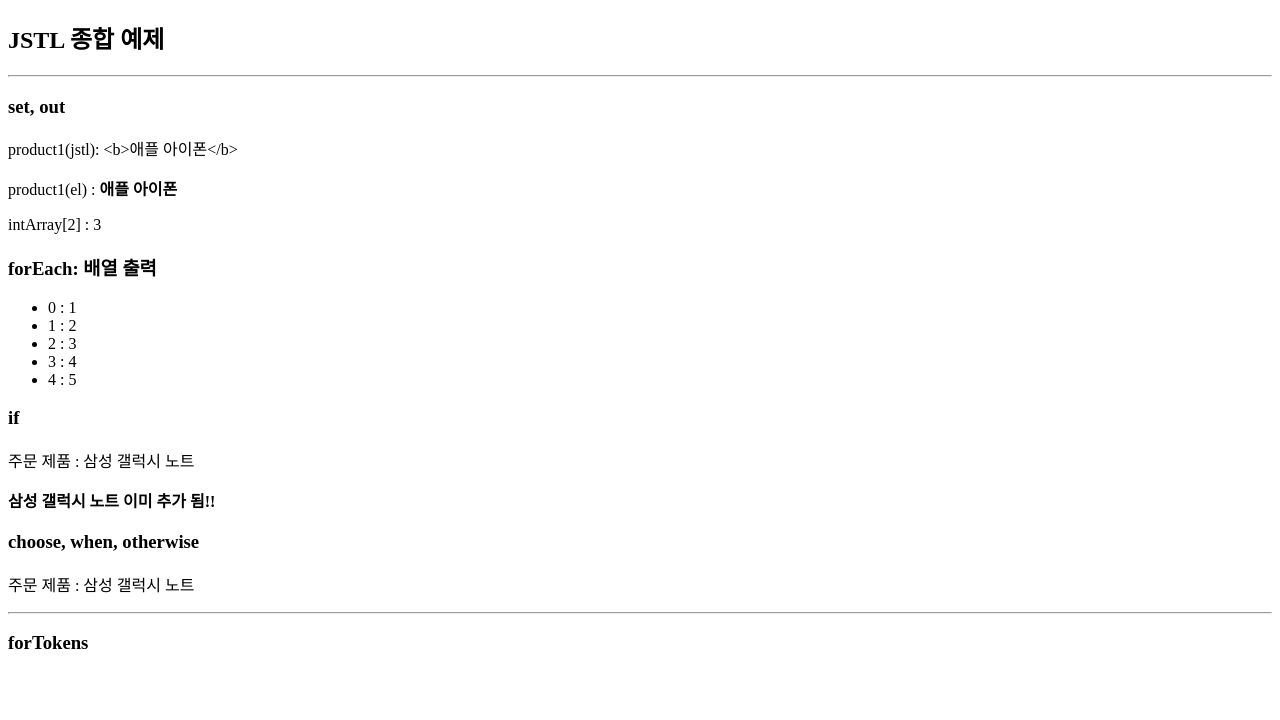
Repository: VvsJaemin/jsp-spring
Page: http://localhost/jwbook/ch07/jstlExam.jsp
An editor plug-in stored every save of this project. The page is shown before and after the next save, followed by the edit.
The browser window is 1280 px wide. The pictures show the whole page.
The page is served by Tomcat 9. Other server files are loaded and not shown.

Above is the page before, as saved 2021-12-20 13:43:55.

### jwbook/src/main/webapp/ch07/jstlExam.jsp
<%@ page language="java" contentType="text/html; charset=UTF-8"
	pageEncoding="UTF-8"%>
<%@ taglib uri="http://java.sun.com/jsp/jstl/core" prefix="c"%>
<!DOCTYPE html>
<html>
<head>
<meta charset="UTF-8">
<title>Insert title here</title>
</head>
<body>
	<h2>JSTL 종합 예제</h2>
	<hr>
	<h3>set, out</h3>
	<c:set var="product1" value="<b>애플 아이폰</b>" />
	<c:set var="product2" value="삼성 갤럭시 노트" />
	<c:set var="intArray" value="${[1,2,3,4,5] }" />

	<p>
		product1(jstl):
		<c:out value="${product1 }" default="Not registered" escapeXml="true"/>
	</p>

	<p>
		product1(el) : ${product1 }
	</p>

	<p>
		intArray[2] : ${intArray[2]}
	</p>

	<h3>forEach: 배열 출력</h3>
	<ul>
		<c:forEach var="num" varStatus="i" items="${intArray }">
			<li>${i.index } : ${num }</li>
		</c:forEach>
	</ul>

	<h3>if</h3>
	<c:set var="checkout" value="true"/>
	<c:if test="${checkout }">
		<p> 주문 제품 : ${product2 }</p>
	</c:if>

	<c:if test="${!checkout }">
		<p>주문 제품이 아님!!</p>
	</c:if>

	<c:if test="${!empty product2 }">
		<b>${product2 } 이미 추가 됨!!</b>
	</c:if>

	<h3>choose, when, otherwise</h3>
	<c:choose>
		<c:when test="${checkout }">
			<p>주문 제품 : ${product2 }</p>
		</c:when>
		<c:otherwise>
			<p>주문 제품이 아님!!</p>
		</c:otherwise>
	</c:choose>
	<hr>

	<h3>forTokens</h3>
	<c:forTokens var="city" items="Seoul|Tokyo|New York|Toronto" delims="|" varStatus="i"></c:forTokens>
</body>
</html>

After the next save:
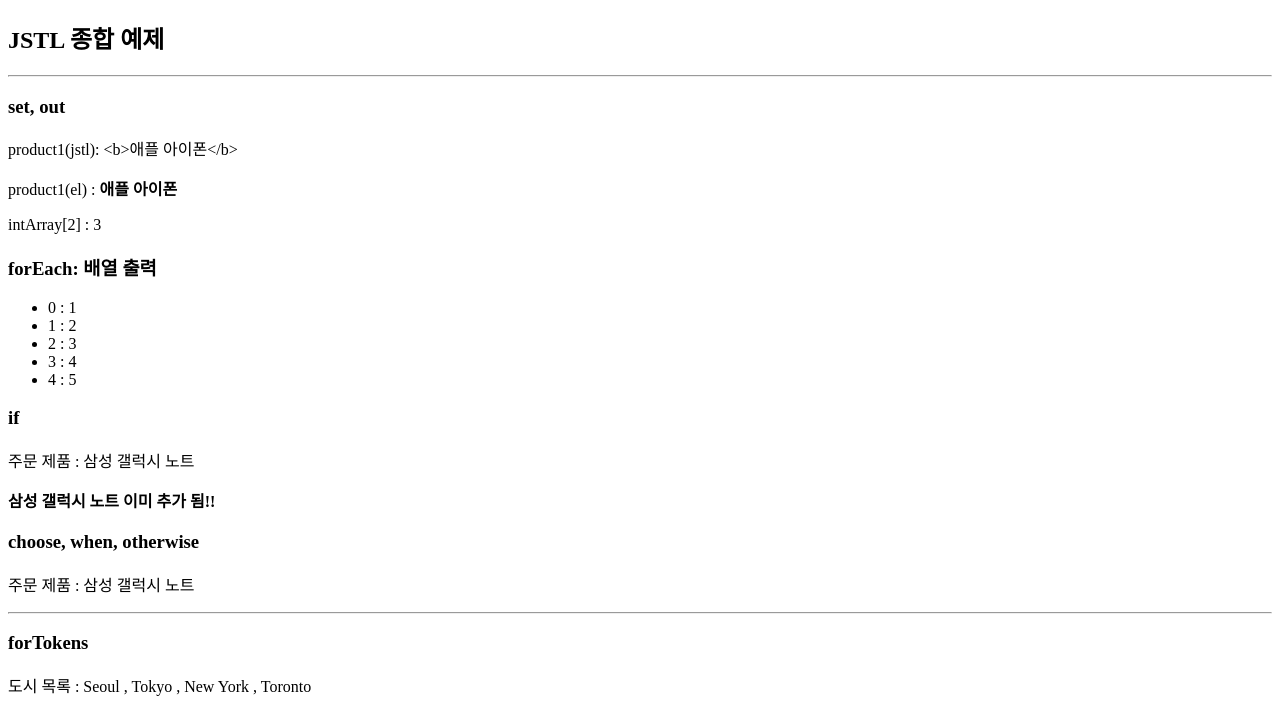
Saved 44 s later.
--- a/jwbook/src/main/webapp/ch07/jstlExam.jsp
+++ b/jwbook/src/main/webapp/ch07/jstlExam.jsp
@@ -61,6 +61,10 @@
 	<hr>
 
 	<h3>forTokens</h3>
-	<c:forTokens var="city" items="Seoul|Tokyo|New York|Toronto" delims="|" varStatus="i"></c:forTokens>
+	<c:forTokens var="city" items="Seoul|Tokyo|New York|Toronto" delims="|" varStatus="i">
+		<c:if test="${i.first }">도시 목록 : </c:if>
+		${city }
+		<c:if test="${!i.last }">,</c:if>
+	</c:forTokens>
 </body>
 </html>
